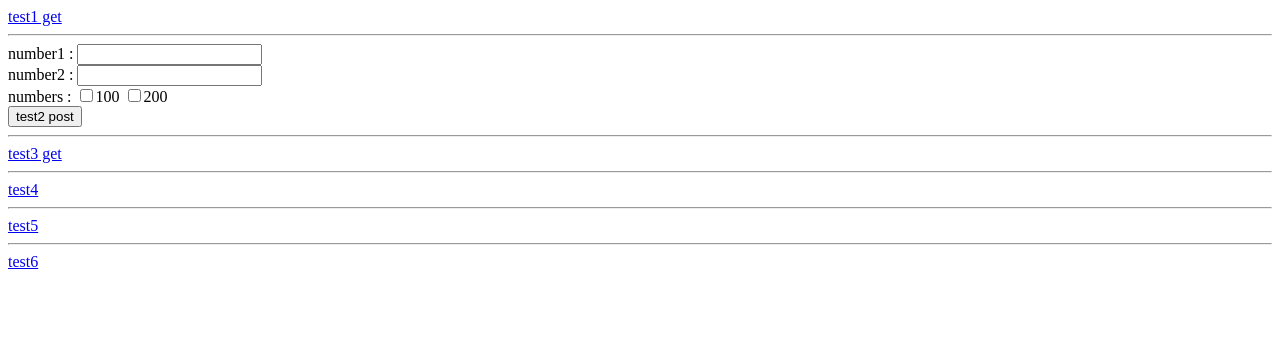
Repository: heojun0827/SpringMvc
Page: http://localhost/GetParameter/WEB-INF/views/index.jsp
The author's editor kept a copy of each file at every save. The page is drawn from the files as they stood at one save, then again after a run of saves.
The browser window is 1280 px wide. The pictures show the whole page.
The page is served by Tomcat 9. Nobody is signed in. The template is opened directly, without the code that normally fills it, so the values that code supplies are empty.

Above is the page before, as saved 2023-06-05 07:19:39.

After the next 3 saves:
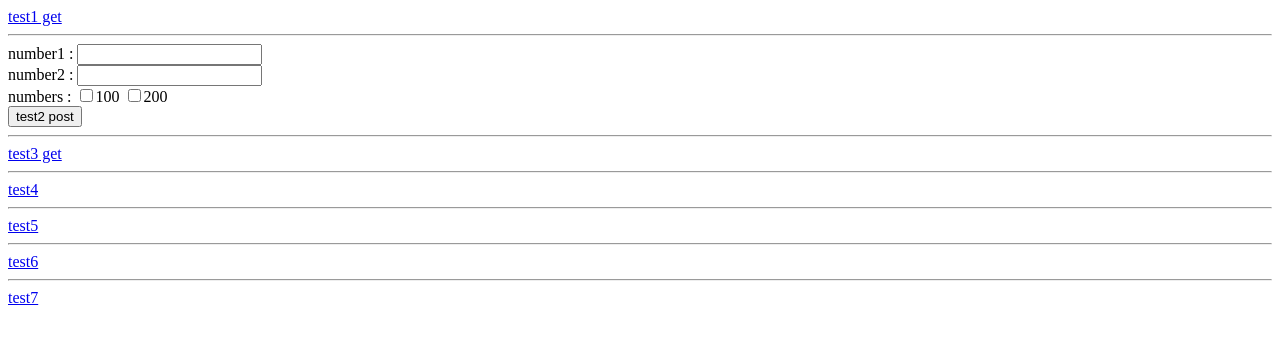
The 3 saves are shown as one change because they came seconds apart.
The last was saved 85 s later.
--- a/GetParameter/WebContent/WEB-INF/views/index.jsp
+++ b/GetParameter/WebContent/WEB-INF/views/index.jsp
@@ -25,5 +25,7 @@
 	<a href='test5/111/222/333/444'>test5</a>
 	<hr>
 	<a href='test6?num1=11&num2=22&nums=33&nums=44'>test6</a><br>
+	<hr>
+	<a href='test7?num1=11&num2=22&nums=33&nums=44'>test7</a><br>
 </body>
 </html>
